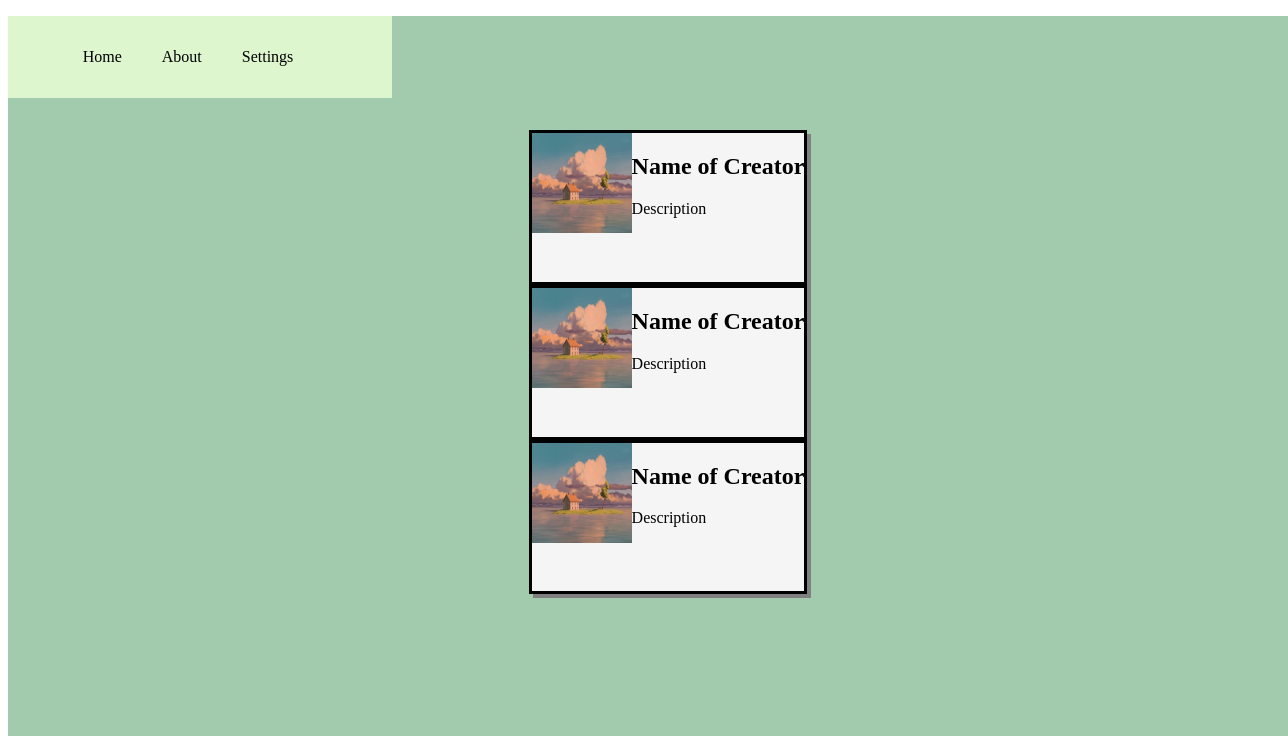
Repository: k8ANStar/Questify
Page: /About
These files come from the project's save history. The page is drawn as it stood at one moment and after a run of saves; the edit follows.
The browser window is 1280 px wide. The page is 1288 px wide, so the pictures cover 1288 px, including what lies to the right of the window. The pictures show the whole page.
The project was rebuilt for these pictures with package versions that can differ from the ones it lists, and the page was loaded fresh each time. The framework's server and built-in components were replaced by stand-ins that run in the browser. Also part of the build but not shown: next.config.mjs.

Above is the page before, as saved 2024-03-24 22:17:22.

After the next 4 saves:
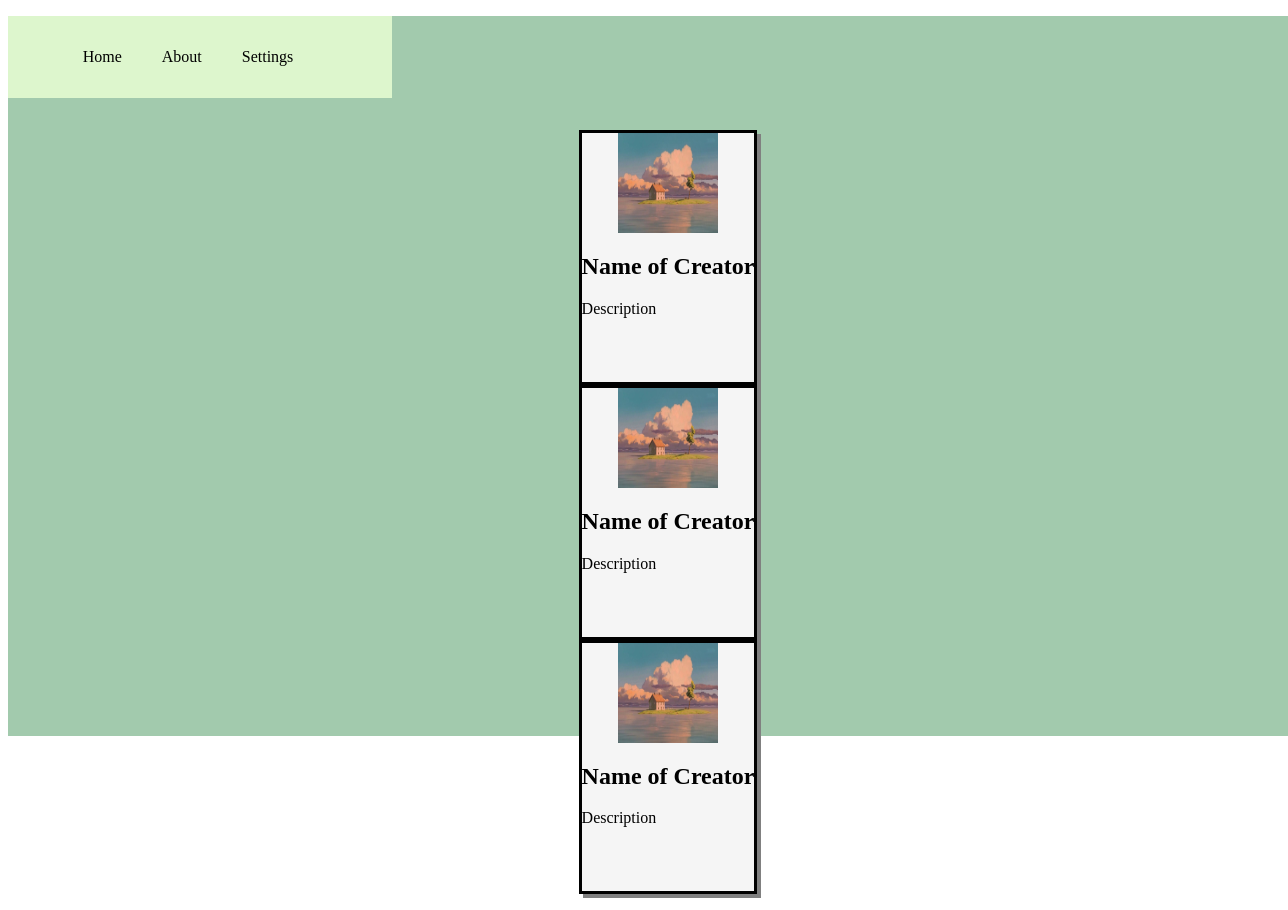
The 4 saves are shown as one change because they came seconds apart.
The last was saved 16 s later.
--- a/components/Card/Card.module.css
+++ b/components/Card/Card.module.css
@@ -12,3 +12,7 @@
    display: flex;
    flex-direction: row;
 }
+.cardContainer {
+    display: flex;
+    flex-direction: column;
+}
